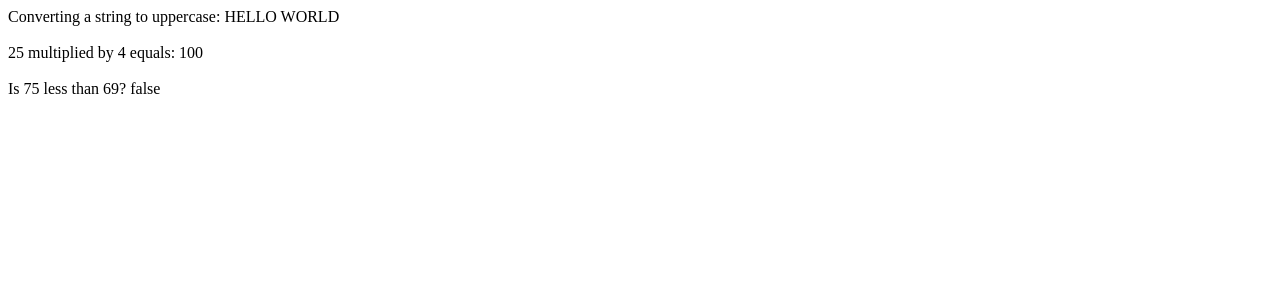
Repository: xiaoliu-lucy/JSP
Page: http://localhost/jspdemo/expressions.jsp
The author's editor kept a copy of each file at every save. The page is drawn from the files as they stood at one save, then again after the next save.
The browser window is 1280 px wide. The pictures show the whole page.
The page is served by Tomcat 9. Other server files are loaded and not shown.

Above is the page before, as saved 2017-08-10 00:56:09.

### jspdemo/WebContent/expressions.jsp
<html>
<body>
Converting a string to uppercase: <%= new String("hello world").toUpperCase() %>
<br/><br/>
25 multiplied by 4 equals: <%= 25*4 %>
<br/><br/>
Is 75 less than 69? <%= 75 < 69 %>
</body>
</html>

After the next save:
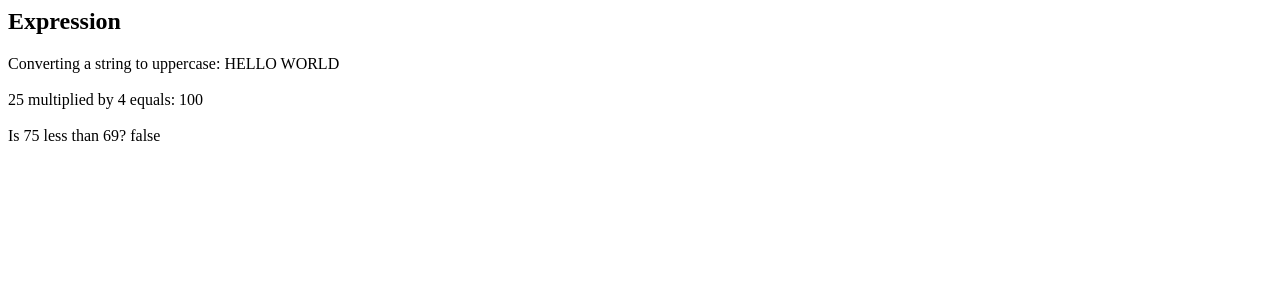
Saved 93 s later.
--- a/jspdemo/WebContent/expressions.jsp
+++ b/jspdemo/WebContent/expressions.jsp
@@ -1,5 +1,6 @@
 <html>
 <body>
+<h2>Expression</h2>
 Converting a string to uppercase: <%= new String("hello world").toUpperCase() %>
 <br/><br/>
 25 multiplied by 4 equals: <%= 25*4 %>
